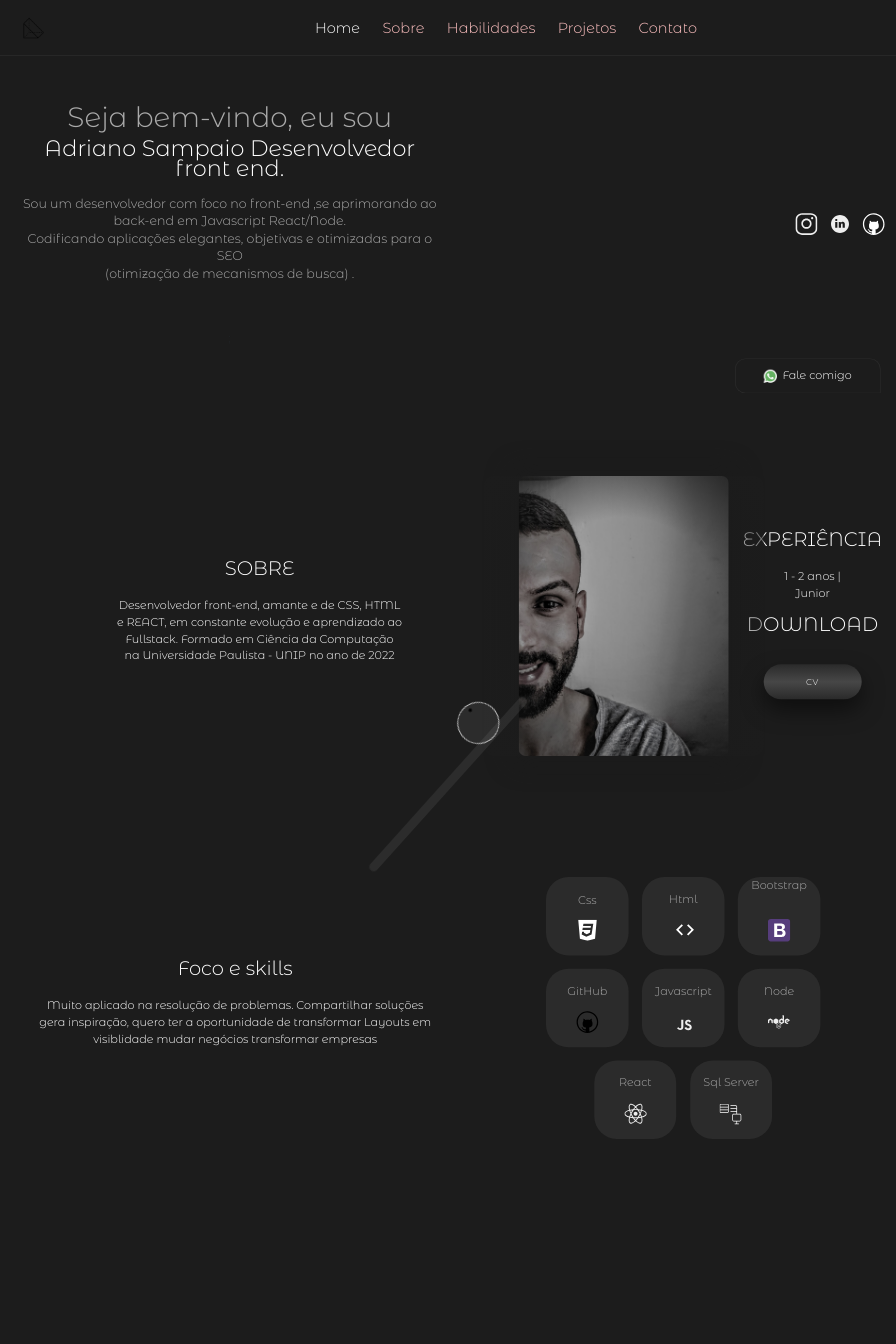
Repository: adrianodisam/NovoPortifolio
Page: /
The author's editor kept a copy of each file at every save. The page is drawn from the files as they stood at one save, then again after the next save.
The browser window is 1280 px wide. The pictures show the part of the page from y = 0 to 1920 px (the page is 3024 px tall), at 70% of full size.
The project was rebuilt for these pictures with package versions that can differ from the ones it lists, and the page was loaded fresh each time. Imported but missing from the stored project, and not drawn on this page: src/componentes/Download/Adriano.pdf.

Above is the page before, as saved 2024-11-02 16:45:58.

After the next save:
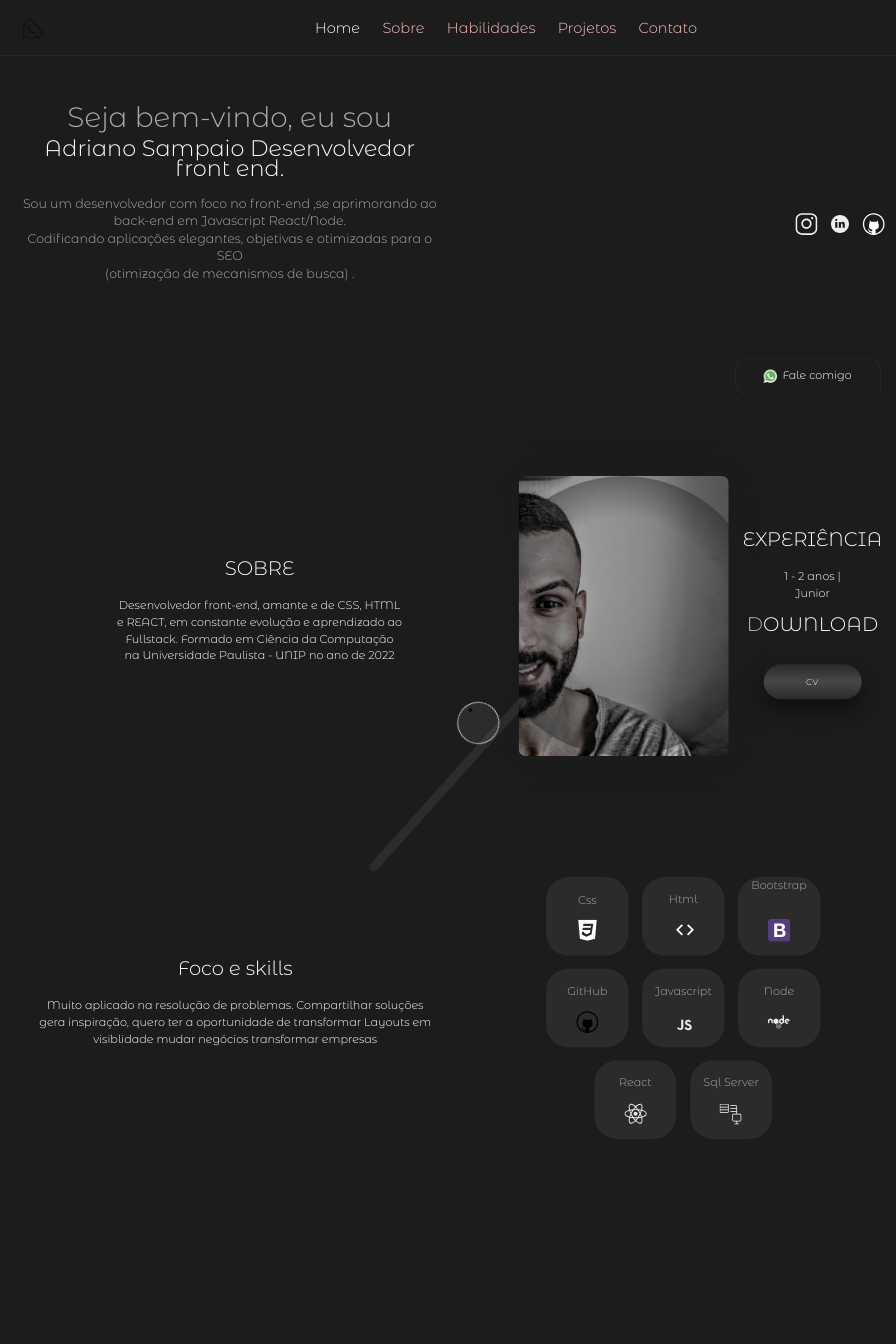
Saved 22 s later.
--- a/src/componentes/FotoSobre/FotoSobre.module.css
+++ b/src/componentes/FotoSobre/FotoSobre.module.css
@@ -25,7 +25,7 @@
   width: 400px; /* Um pouco maior que a imagem para o efeito de borda */
   height: 400px;
   background: radial-gradient(circle, rgba(28, 28, 28, 0) 50%, #1c1c1c 100%);
-  border-radius: 15px;
+  border-radius: 50%;
   z-index: 0;
 }
 

After the save that followed:
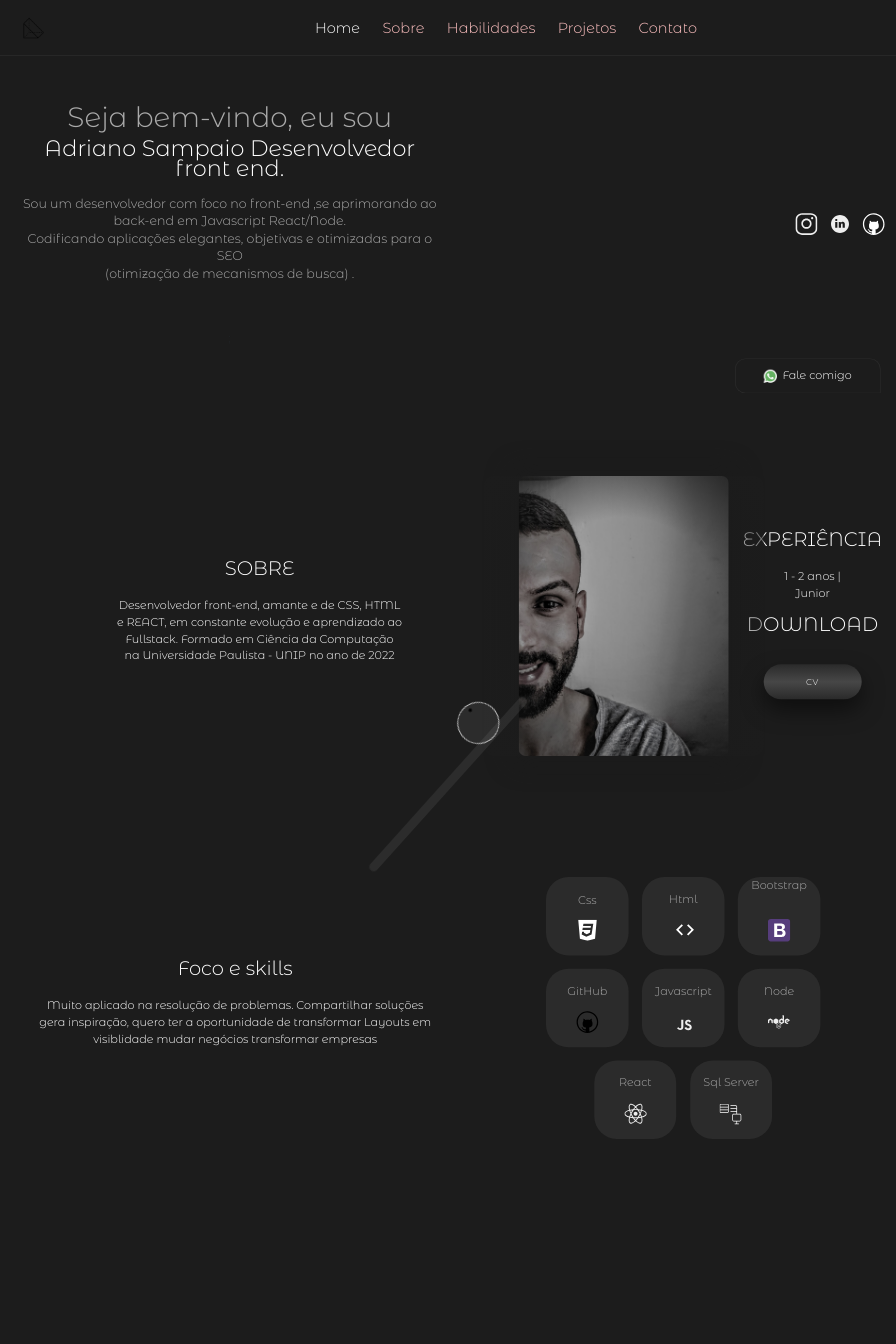
Saved 7 s later.
--- a/src/componentes/FotoSobre/FotoSobre.module.css
+++ b/src/componentes/FotoSobre/FotoSobre.module.css
@@ -25,7 +25,7 @@
   width: 400px; /* Um pouco maior que a imagem para o efeito de borda */
   height: 400px;
   background: radial-gradient(circle, rgba(28, 28, 28, 0) 50%, #1c1c1c 100%);
-  border-radius: 50%;
+  border-radius: 15px;
   z-index: 0;
 }
 
